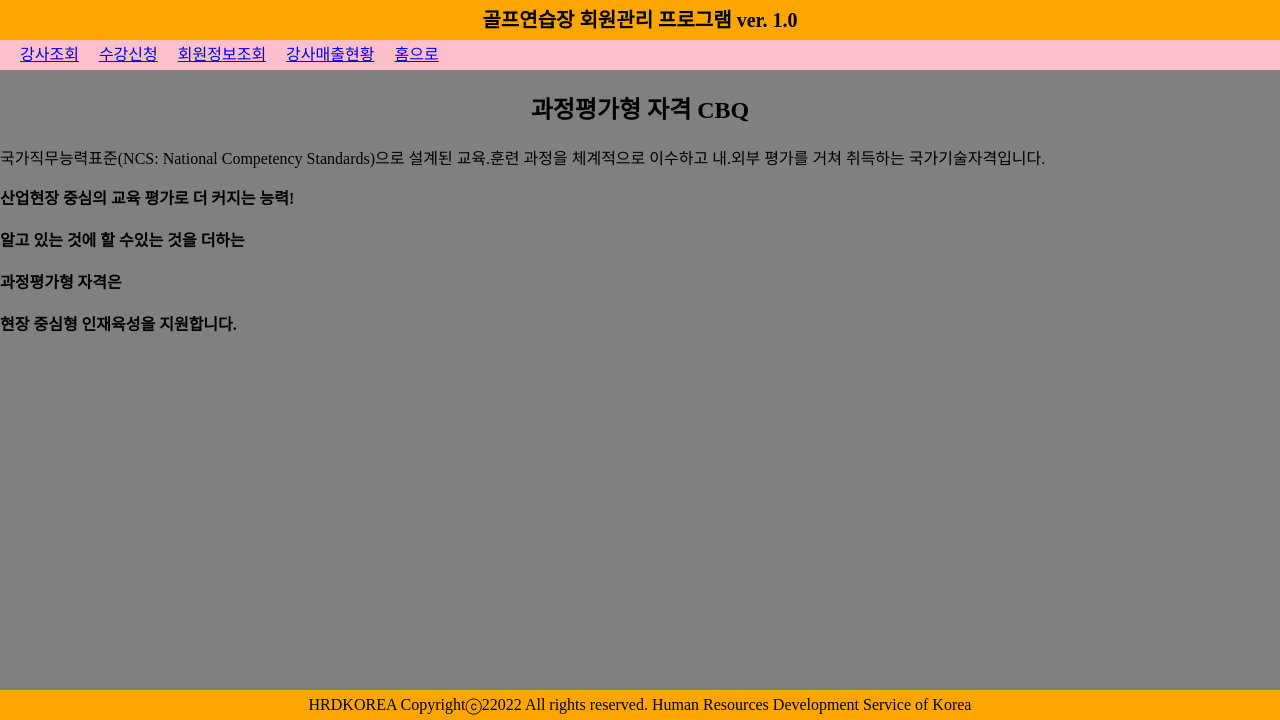
Repository: leesuyeon116/HRD_3
Page: http://localhost/HRD_0505/
These files come from the project's save history. The page is drawn as it stood at one moment and after the next save; the edit follows.
The browser window is 1280 px wide. The pictures show the whole page.
The page is served by Tomcat 9.

Above is the page before, as saved 2024-05-05 08:35:33.

### workspace/HRD_0505/src/main/webapp/index.jsp
<%@ page language="java" contentType="text/html; charset=UTF-8"
    pageEncoding="UTF-8"%>
<!DOCTYPE html>
<html>
<head>
<meta charset="UTF-8">
<title>index</title>
</head>
<body>
<jsp:include page="header.jsp"></jsp:include>
<section style="position: fixed; top: 70px; left: 0px; width: 100%; height: 100%; background-color: gray">
<h2 style="text-align: center">과정평가형 자격 CBQ</h2>
국가직무능력표준(NCS: National Competency Standards)으로 설계된 교육.훈련 과정을 체계적으로 이수하고 내.외부 평가를 거쳐 취득하는 국가기술자격입니다.
<p>
<b>
산업현장 중심의 교육 평가로 더 커지는 능력! <br><br>
알고 있는 것에 할 수있는 것을 더하는 <br><br>
과정평가형 자격은 <br><br>
현장 중심형 인재육성을 지원합니다.
</b>
<p>
</section>

<jsp:include page="footer.jsp"></jsp:include>
</body>
</html>

### workspace/HRD_0505/src/main/webapp/header.jsp
<%@ page language="java" contentType="text/html; charset=UTF-8"
    pageEncoding="UTF-8"%>
<!DOCTYPE html>
<html>
<head>
<meta charset="UTF-8">
<title>header</title>
</head>
<body>
<header style="position: fixed; top: 0px; left: 0px; width: 100%; height: 40px; line-height: 40px; background-color: orange;
	text-align: center; font-size: 20px">
<b>골프연습장 회원관리 프로그램 ver. 1.0</b>
</header>

<nav style="position: fixed; top: 40px; left: 0px; width: 100%; height: 30px; line-height: 30px; background-color: pink;
	padding-left: 20px">
	<a href=".jsp">강사조회</a> &nbsp; &nbsp;
	<a href=".jsp">수강신청</a> &nbsp; &nbsp;
	<a href="m_list.jsp">회원정보조회</a> &nbsp; &nbsp;
	<a href=".jsp">강사매출현황</a> &nbsp; &nbsp;
	<a href="index.jsp">홈으로</a> &nbsp; &nbsp;
</nav>
</body>
</html>

### workspace/HRD_0505/src/main/webapp/footer.jsp
<%@ page language="java" contentType="text/html; charset=UTF-8"
    pageEncoding="UTF-8"%>
<!DOCTYPE html>
<html>
<head>
<meta charset="UTF-8">
<title>footer</title>
</head>
<body>
<footer style="position: fixed; bottom: 0px; left: 0px; width: 100%; height: 30px; line-height: 30px; background-color: orange;
	text-align: center">
	HRDKOREA Copyrightⓒ22022 All rights reserved. Human Resources Development Service of Korea
</footer>
</body>
</html>

After the next save:
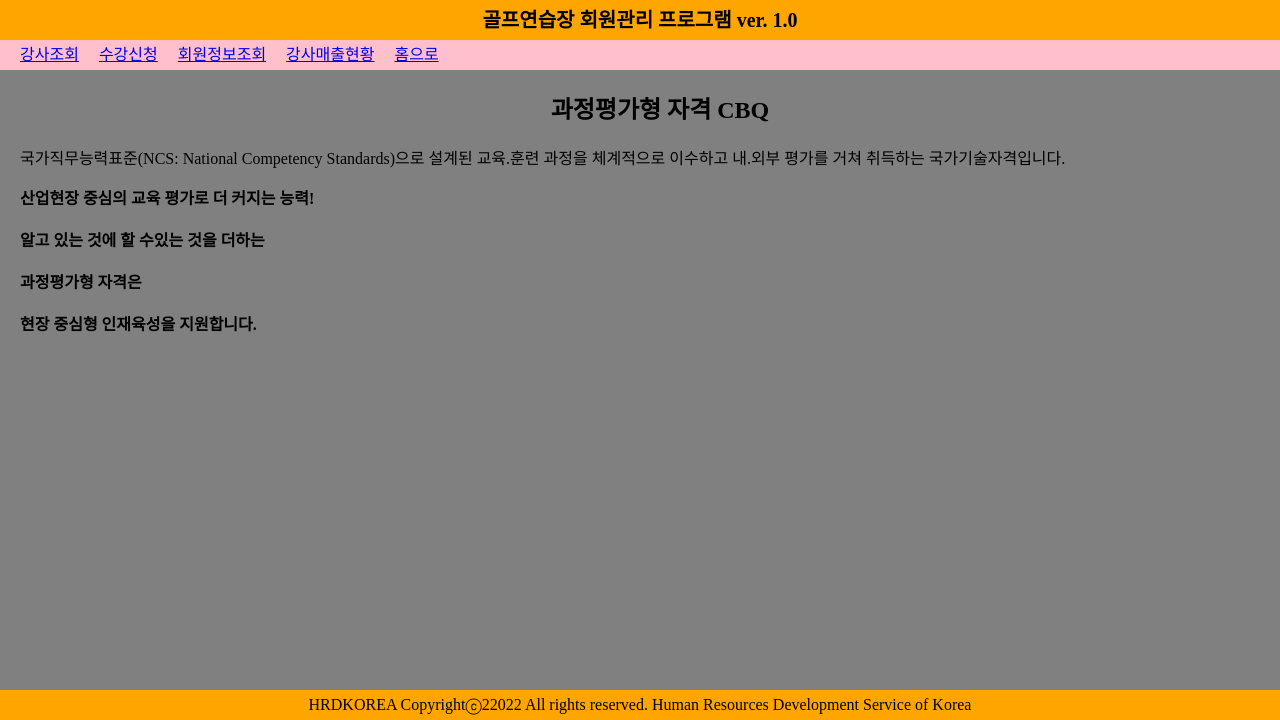
Saved 38 s later.
--- a/workspace/HRD_0505/src/main/webapp/index.jsp
+++ b/workspace/HRD_0505/src/main/webapp/index.jsp
@@ -8,7 +8,7 @@
 </head>
 <body>
 <jsp:include page="header.jsp"></jsp:include>
-<section style="position: fixed; top: 70px; left: 0px; width: 100%; height: 100%; background-color: gray">
+<section style="position: fixed; top: 70px; left: 0px; width: 100%; height: 100%; background-color: gray; padding-left: 20px;">
 <h2 style="text-align: center">과정평가형 자격 CBQ</h2>
 국가직무능력표준(NCS: National Competency Standards)으로 설계된 교육.훈련 과정을 체계적으로 이수하고 내.외부 평가를 거쳐 취득하는 국가기술자격입니다.
 <p>
